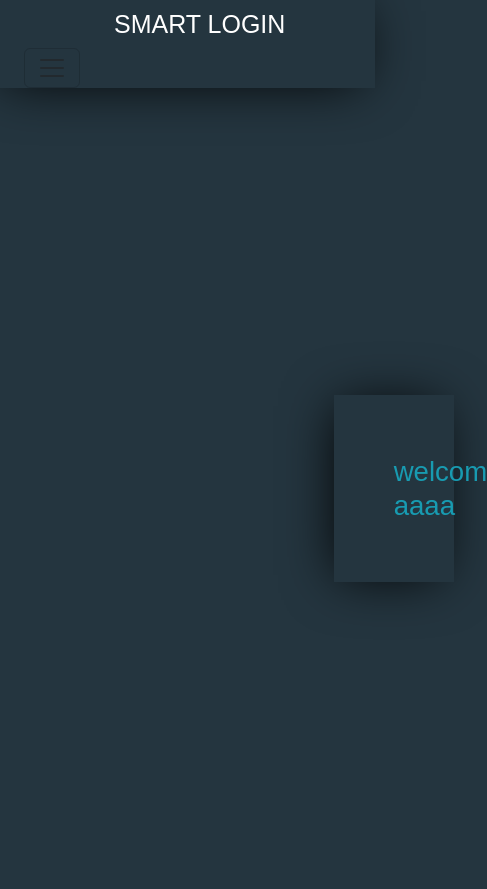
Repository: bodajava/TASK-4
Page: theerdIndex.html
An editor plug-in stored every save of this project. The page is shown before and after the next save, followed by the edit.
The browser window is 375 px wide. The page is 487 px wide, then 375 px, so the pictures cover 487 px, including what lies to the right of the window. The pictures show the whole page.

Above is the page before, as saved 2025-06-19 12:38:46.

### theerdIndex.html
<!DOCTYPE html>
<html lang="en">
  <head>
    <link rel="stylesheet" href="CSS/all.min.css" />
    <link rel="stylesheet" href="CSS/bootstrap.css" />
    <link rel="stylesheet" href="CSS/style.css" />
    <meta charset="UTF-8" />
    <meta name="viewport" content="width=device-width, initial-scale=1.0" />
    <title>Document</title>
  </head>
  <body>
    <div id="container" class="container-fluid">
      <nav
        id="nav"
        class="container navbar navbar-expand-lg bg-body-tertiary pt-0 pb-0"
      >
        <div class="container-fluid">
          <a id="margen" class="navbar-brand" href="#">SMART LOGIN</a>
          <button
            class="navbar-toggler"
            type="button"
            data-bs-toggle="collapse"
            data-bs-target="#navbarSupportedContent"
          >
            <span class="navbar-toggler-icon"></span>
          </button>
          <div class="collapse navbar-collapse" id="navbarSupportedContent">
            <ul class="navbar-nav ms-auto mb-2 mb-lg-0">
              <li>
                <a
                  class="pt-2 mt-3 btn btn-outline-warning w-100 d-flex align-items-center"
                  href="index.html"
                  >logout</a
                >
              </li>
            </ul>
          </div>
        </div>
      </nav>
    </div>

    <div id="booox" class="group m-auto w-75 p-5">
      <h1 id="userName" class="text-center">welcom aaaa</h1>
    </div>

    <script src="js/bootstrap.bundle.min.js"></script>
    <script src="js/index.js"></script>
  </body>
</html>

### CSS/style.css
* {
  padding: 0;
  margin: 0;
  box-sizing: border-box;
}

body {
  background-color: #24353f;
  font-family: Arial, sans-serif;
  display: flex;
  justify-content: center;
  flex-wrap: wrap;
}

#item {
  margin-top: 60px;
  margin-left: 390px;
  margin-right: 390px;
  padding-left: 15px;
  padding-right: 15px;
}

#item2 {
  box-shadow: -5px 2px 54px -9px rgba(0, 0, 0, 1);
  margin-left: 138.75px;
  margin-right: 138.75px;
  padding-left: 60px;
  padding-right: 60px;
  padding-top: 60px;
  padding-bottom: 60px;
}

h1 {
  color: #189bb1;
}

.anchor {
  text-decoration: none;
}

.anchor:hover {
  text-decoration: underline;
}

.paragraph {
  font-size: 20px;
  line-height: 30px;
  font-weight: 400;
  color: white;
}

.paragraph a {
  font-size: 20px;
  line-height: 30px;
  font-weight: 400;
  color: white;
}

.form-control {
  background-color: #24353f;
  border: 1px solid white;
  color: #fff;
  border-radius: 5px;
}

.form-control::placeholder {
  color: #a0a0a0;
}

.form-control:focus {
  background-color: #24353f;
  color: #fff;
  border-color: #189bb1;
  outline: none;
  box-shadow: none;
}

.btnn {
  text-decoration: none;
  color: #189bb1;
}

.btnn:hover {
  color: white;
}

#box {
  box-shadow: -5px 2px 54px -9px rgba(0, 0, 0, 1);
}

#nav {
  background-color: #24353f !important;
}

#container {
  box-shadow: -5px 2px 54px -9px rgba(0, 0, 0, 1);
}

#margen {
  margin-left: 90px;
  font-size: 25px;
  line-height: 38px;
  font-weight: 400;
  color: white;
}

ul li {
  margin-right: 90px;
  padding-bottom: 10px;
}

#userName {
  box-shadow: -5px 2px 54px -9px rgba(0, 0, 0, 1);
  padding-left: 60px;
  padding-right: 60px;
  padding-bottom: 60px;
  padding-top: 60px;
  margin-top: 259.375px;
  margin-bottom: 259.375px;
  margin-left: 238.75px;
  margin-right: 238.75px;
}

### js/index.js
var userNameInput = document.getElementById("signinName");
var userEmailInput = document.getElementById("signinEmail");
var userPassInput = document.getElementById("signinPassword2");

var signEmailInput = document.getElementById("signinEmail");
var signPassInput = document.getElementById("signinPassword");

var signUpBtn = document.querySelector("button");
var loginBtn = document.querySelector("a");

var users;
if (localStorage.getItem("usersList") == null) {
  users = [];
} else {
  users = JSON.parse(localStorage.getItem("usersList"));
}

if (signUpBtn && userNameInput && userEmailInput && userPassInput) {
  signUpBtn.onclick = function () {
    if (!checkIsEmpty()) {
      if (exist()) {
        displayExist();
      } else {
        var user = {
          name: userNameInput.value,
          email: userEmailInput.value,
          password: userPassInput.value,
        };
        users.push(user);
        localStorage.setItem("usersList", JSON.stringify(users));
        displaySuccess();
        clearForm();
      }
    } else {
      displayRequired();
    }
  };
}

if (loginBtn && signEmailInput && signPassInput) {
  loginBtn.onclick = function (e) {
    if (checkIsEmptySign()) {
      displayRequiredSign();
      e.preventDefault();
    } else {
      if (existLogin()) {
        loginBtn.setAttribute("href", "theerdIndex.html");
      } else {
        displayIncorrect();
        e.preventDefault();
      }
    }
  };
}

function welcome() {
  var name = JSON.parse(localStorage.getItem("homeList"));
  if (name) {
    document.getElementById("userName").innerHTML = `Welcome ${name}`;
  }
}

function checkIsEmpty() {
  return (
    userNameInput.value === "" ||
    userEmailInput.value === "" ||
    userPassInput.value === ""
  );
}

function checkIsEmptySign() {
  return signEmailInput.value === "" || signPassInput.value === "";
}

function exist() {
  for (var i = 0; i < users.length; i++) {
    if (users[i].email === userEmailInput.value) {
      return true;
    }
  }
  return false;
}

function existLogin() {
  for (var i = 0; i < users.length; i++) {
    if (
      users[i].email === signEmailInput.value &&
      users[i].password === signPassInput.value
    ) {
      var name = users[i].name;
      localStorage.setItem("homeList", JSON.stringify(name));
      return true;
    }
  }
  return false;
}

function displayRequired() {
  document.getElementById(
    "required"
  ).innerHTML = `<span class='text-danger'>All inputs is required</span>`;
}

function displayExist() {
  document.getElementById(
    "required"
  ).innerHTML = `<span class='text-danger'>Email already exists</span>`;
}

function displayIncorrect() {
  document.getElementById(
    "result-sign"
  ).innerHTML = `<span class='text-danger'>Incorrect email or password</span>`;
}

function displayRequiredSign() {
  document.getElementById(
    "result-sign"
  ).innerHTML = `<span class='text-danger'>All inputs is required</span>`;
}

function displaySuccess() {
  document.getElementById(
    "required"
  ).innerHTML = `<span class='text-success'>Success</span>`;
}

function clearForm() {
  userNameInput.value = "";
  userEmailInput.value = "";
  userPassInput.value = "";
}
welcome();

Loaded but not shown: CSS/all.min.css (library); CSS/bootstrap.css (library); js/bootstrap.bundle.min.js (library)

After the next save:
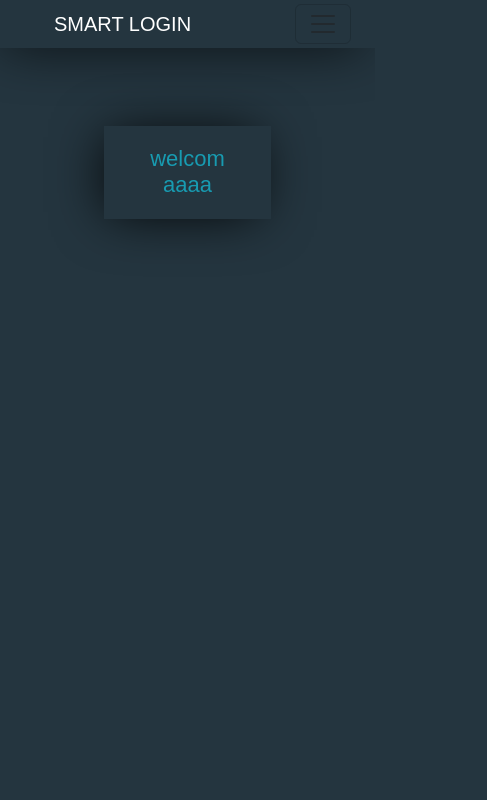
Saved 65 s later.
--- a/CSS/style.css
+++ b/CSS/style.css
@@ -120,3 +120,58 @@ ul li {
   margin-left: 238.75px;
   margin-right: 238.75px;
 }
+
+@media (max-width: 992px) {
+  #margen {
+    margin-left: 30px;
+    font-size: 22px;
+  }
+
+  ul li {
+    margin-right: 30px;
+  }
+}
+
+@media (max-width: 768px) {
+  #item,
+  #item2,
+  #userName {
+    padding: 30px;
+    margin: 30px auto;
+    width: 90%;
+  }
+
+  .paragraph,
+  .paragraph a {
+    font-size: 18px;
+    line-height: 28px;
+  }
+}
+
+@media (max-width: 576px) {
+  h1 {
+    font-size: 22px;
+  }
+
+  #item,
+  #item2,
+  #userName {
+    padding: 20px;
+  }
+
+  .form-control {
+    font-size: 14px;
+  }
+
+  .btnn {
+    font-size: 14px;
+  }
+
+  #margen {
+    font-size: 20px;
+  }
+
+  ul li {
+    margin-right: 10px;
+  }
+}
